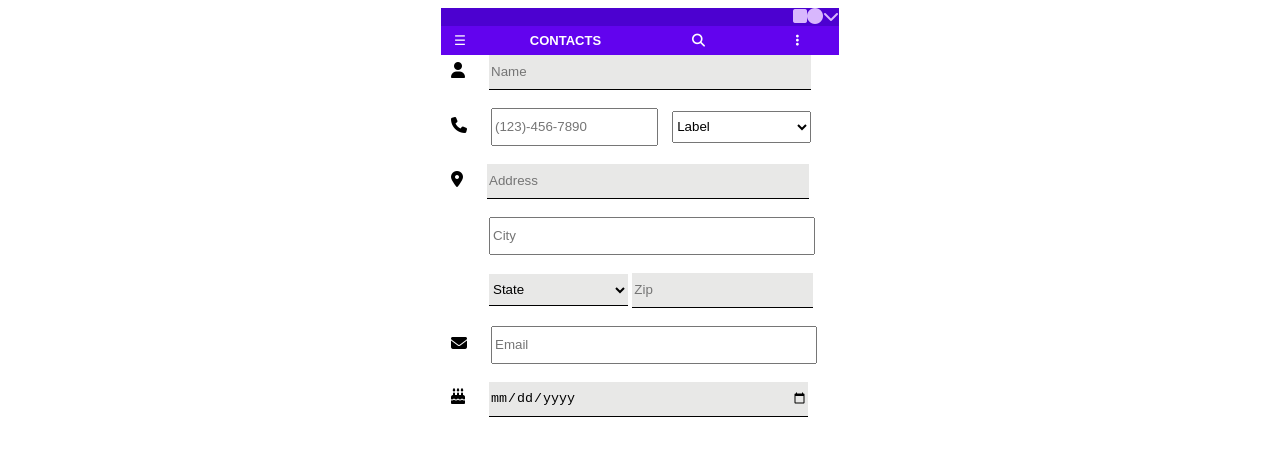
Repository: Sc-Juju/Mobile-Form
Page: index.html
The author's editor kept a copy of each file at every save. The page is drawn from the files as they stood at one save, then again after the next save.
The browser window is 1280 px wide. The pictures show the whole page.
Some web libraries are served in a nearby version.

Above is the page before, as saved 2022-10-27 22:04:30.

After the next save:
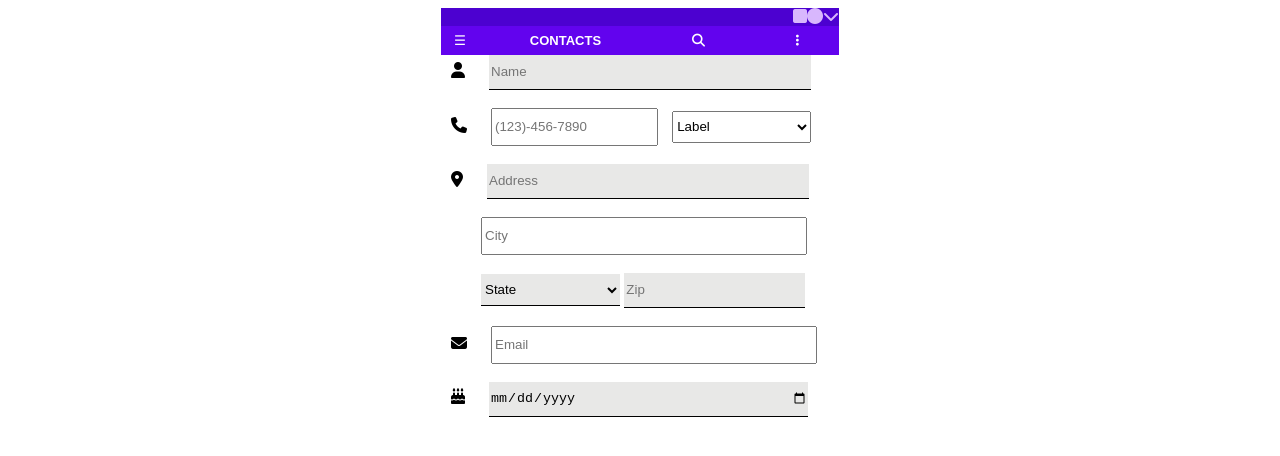
Saved 115 s later.
--- a/style.css
+++ b/style.css
@@ -94,4 +94,5 @@ label{
 }
 .transparent{
     color:transparent;
+    margin-left:-8px;
 }
